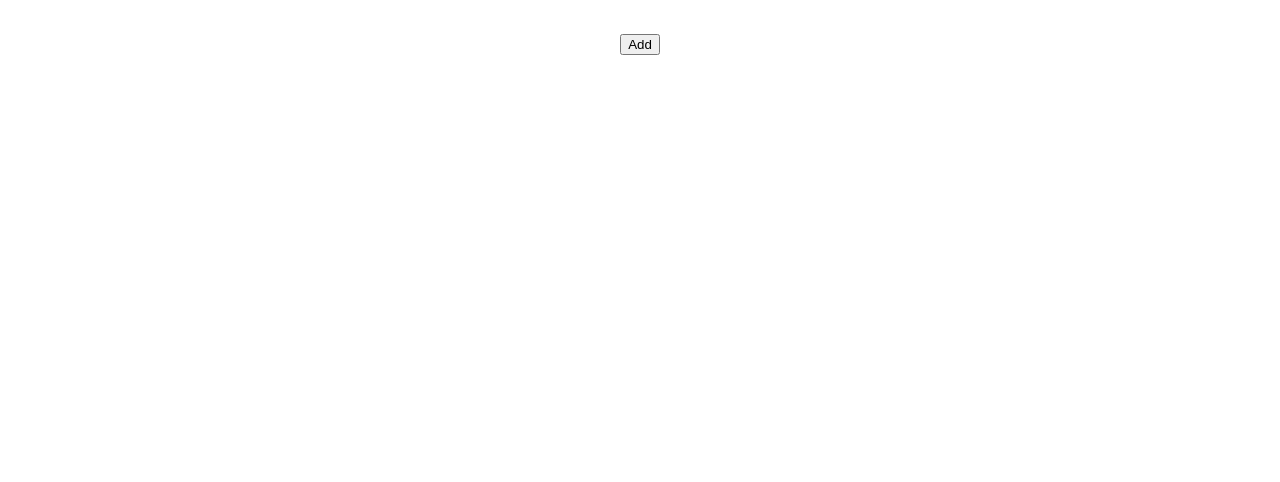
Repository: Orifiel/teste
Page: desafioMod2/desafioJavascript0201.html
The author's editor kept a copy of each file at every save. The page is drawn from the files as they stood at one save, then again after the next save.
The browser window is 1280 px wide. The pictures show the whole page.
After loading, the first visible `#button-red` was clicked once.

Above is the page before, as saved 2020-08-14 13:22:53.
Console error: ReferenceError: ok is not defined

### desafioMod2/desafioJavascript0201.html
<!--
1º exercício
Crie um botão que ao ser clicado cria um novo elemento em tela com a forma de um quadrado
vermelho com 100px de altura e largura. Sempre que o botão for clicado um novo quadrado deve
aparecer na tela.
-->
<!DOCTYPE html>
<html lang="pt-br">
<head>
    <meta charset="UTF-8">
    <meta name="viewport" content="width=device-width, initial-scale=1.0">
    <script src="desafioJavascript0201.js"></script>
    <title>Document</title>
</head>
<body>
    <style>
        *{
            box-sizing: border-box;
        }

        #container{
            height: 87vh;
            display: flex;
            justify-content: center;
            align-items: center;
            flex-wrap: wrap;
        }

        #container #button-red {
            font-size: 1.6rem;
            padding: 0.8rem;
            margin-bottom: 1.6rem;
            border: 0;
            outline: none;
            border-radius: 10px;
            background-color: rgb(155, 8, 8);
            color: whitesmoke;
            font-family: verdana;
        }
        #container #button-red:hover{
            background-color: rgb(226, 53, 53)
        }
        #button-red-box{
            height: 10vh;
            display: flex;
            justify-content: center;
            align-items: center;
            flex-wrap: wrap;
        }

        .container-squads {
            width: 100px;
            height: 100px;
            background-color: rgb(255, 0, 0);
            border: 5px solid #5a0511;
            border-radius: 5px;

            margin: 5px auto;
        }

    </style>

        <div id='button-red-box' >
            <button id="button-red" onclick="addSquad()">Add</button>

        </div>

        <div id="container">
            <!-- Aloca as div's criadas pelo javascript-->
        </div>


</body>
</html>

### desafioMod2/desafioJavascript0201.js
/*
1º exercício
Crie um botão que ao ser clicado cria um novo elemento em tela com a forma de um quadrado
vermelho com 100px de altura e largura. Sempre que o botão for clicado um novo quadrado deve
aparecer na tela
*/
function addSquad() {
    const caixa = document.querySelector('#container')

    const div = document.createElement('div');

    div.classList.add('container-squads')

    div.setAttribute('onmouseover', alert(ok))

    caixa.appendChild(div)
}
/*
2º exercício
Utilizando o resultado do primeiro desafio, toda vez que o usuário passar o mouse por cima de
algum quadrado troque sua cor para uma cor aleatória gerada pela função abaixo:
 // #E943F0
*/
function getRandomColor() {
    var letters = "0123456789ABCDEF";
    var color = "#";
    for (var i = 0; i < 6; i++) {
    color += letters[Math.floor(Math.random() * 16)];
    }
    return color;
   }
   var newColor = getRandomColor();

After the next save:
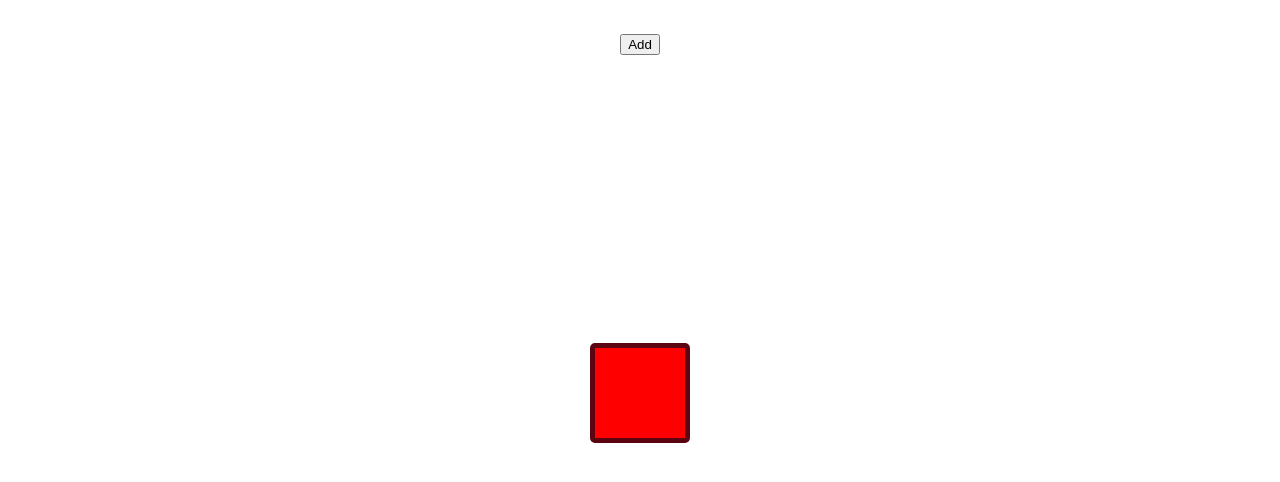
The error is gone.
Saved 5 s later.
--- a/desafioMod2/desafioJavascript0201.js
+++ b/desafioMod2/desafioJavascript0201.js
@@ -11,7 +11,7 @@ function addSquad() {
 
     div.classList.add('container-squads')
 
-    div.setAttribute('onmouseover', alert(ok))
+    div.setAttribute('onmouseover', alert('ok'))
 
     caixa.appendChild(div)
 }
